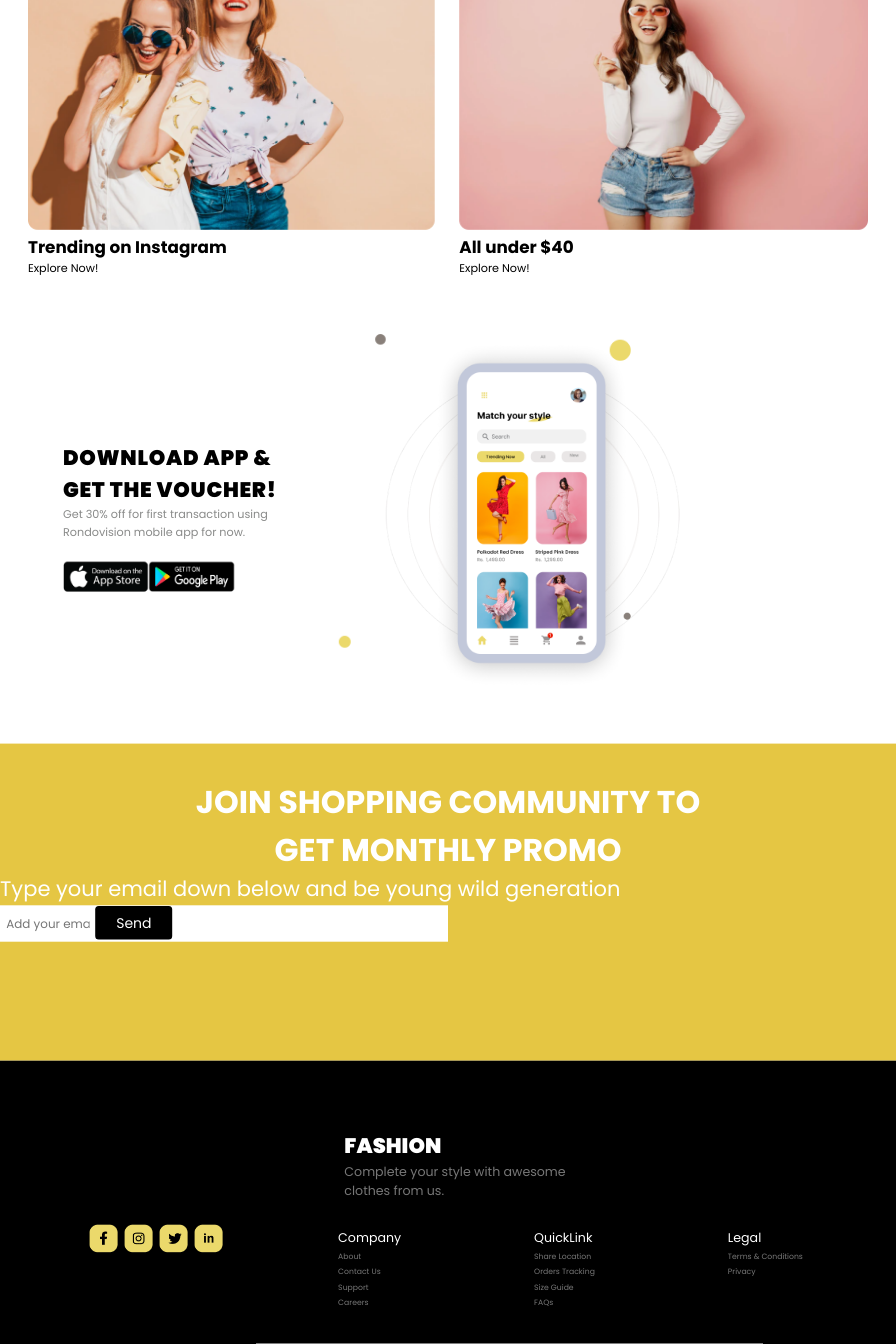
Repository: isaacCodes1/FashionWebsite
Page: index.html
An editor plug-in stored every save of this project. The page is shown before and after the next save, followed by the edit.
The browser window is 1280 px wide. The pictures show the part of the page from y = 2505 to 4425 px (the page is 4425 px tall), at 70% of full size.

Above is the page before, as saved 2024-03-14 10:43:14.

After the next save:
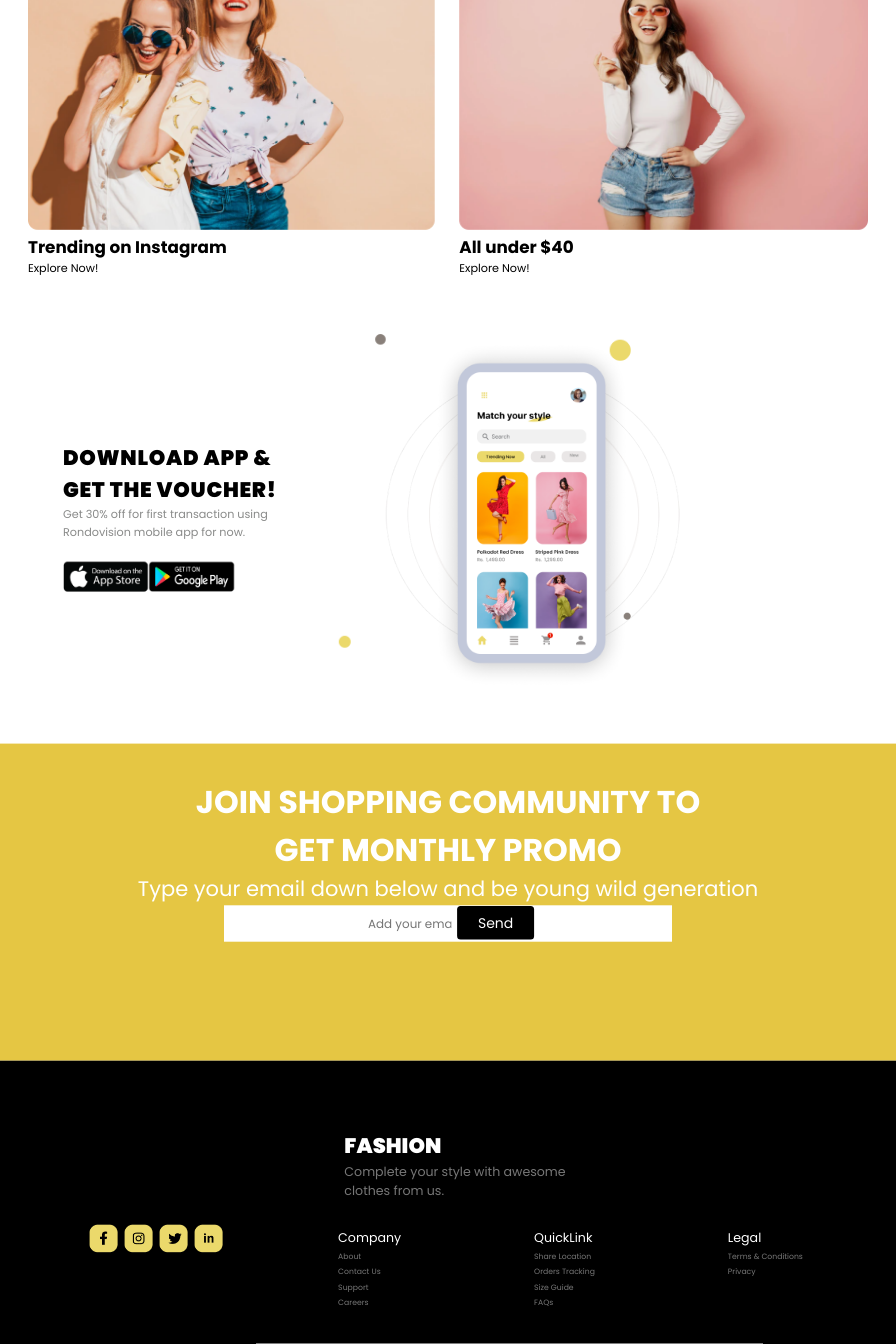
Saved 4 s later.
--- a/style.css
+++ b/style.css
@@ -467,7 +467,7 @@
   display: flex;
   flex-direction: column;
   justify-content: center;
-  align-items:center
+  align-items: center;
   text-align: center;
   color: #fff;
   font-size: 30px;
